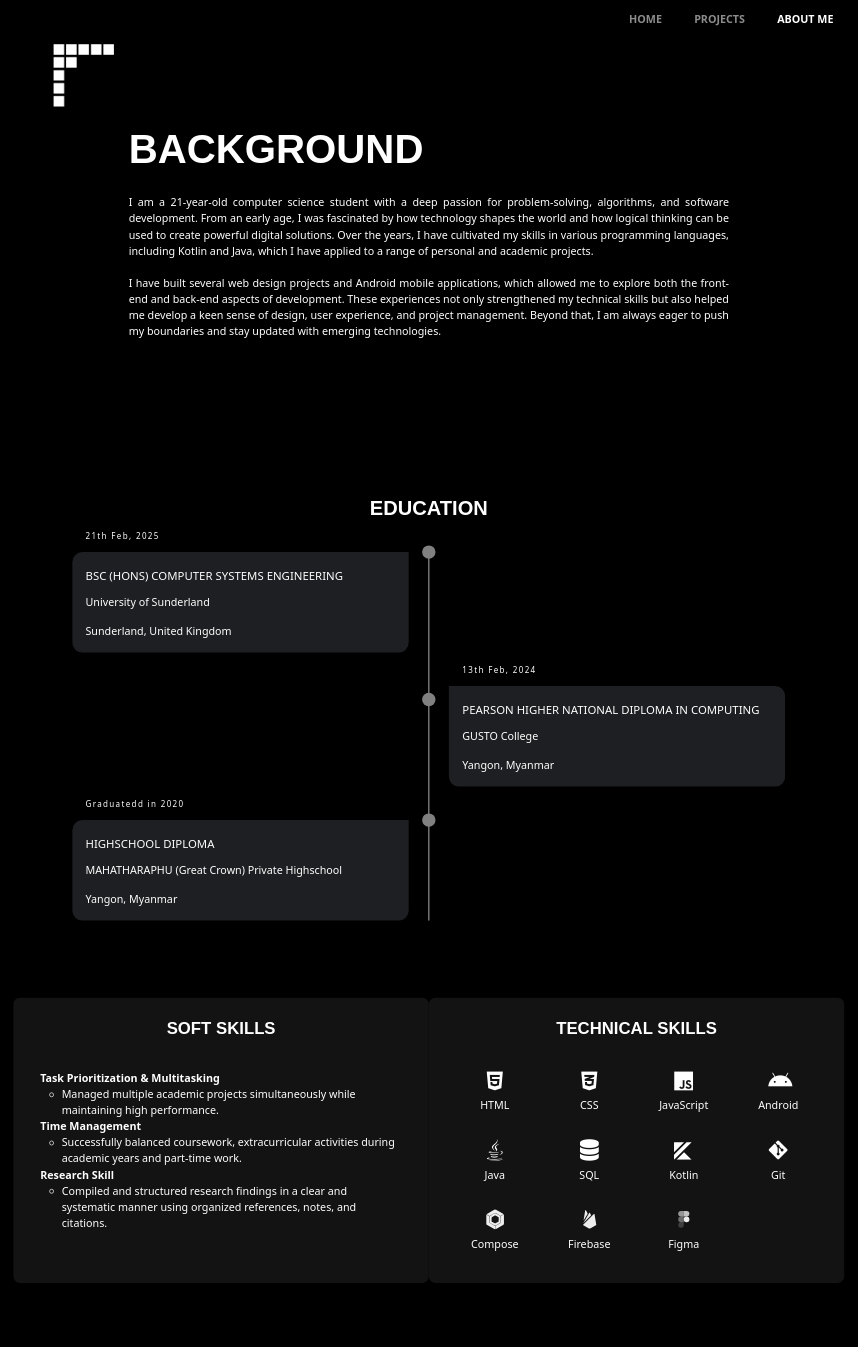
Repository: pyaestk/Portfolio-template
Page: aboutme.html
These files come from the project's save history. The page is drawn as it stood at one moment and after the next save; the edit follows.
The browser window is 1280 px wide. The pictures show the whole page, at 67% of full size.
Some web fonts or font styles are not loaded; a fallback is used. Some web libraries are served in a nearby version.

Above is the page before, as saved 2025-05-24 20:05:33.
Console error: TypeError: Cannot read properties of null (reading 'addEventListener')

### aboutme.html
<!DOCTYPE html>

<html lang="en">

<head>
  <link href="https://cdn.jsdelivr.net/npm/bootstrap@5.3.5/dist/css/bootstrap.min.css" rel="stylesheet"
    integrity="sha384-SgOJa3DmI69IUzQ2PVdRZhwQ+dy64/BUtbMJw1MZ8t5HZApcHrRKUc4W0kG879m7" crossorigin="anonymous">
  <script src="https://cdn.jsdelivr.net/npm/bootstrap@5.3.5/dist/js/bootstrap.bundle.min.js"
    integrity="sha384-k6d4wzSIapyDyv1kpU366/PK5hCdSbCRGRCMv+eplOQJWyd1fbcAu9OCUj5zNLiq"
    crossorigin="anonymous"></script>
  <link rel="stylesheet" href="https://cdnjs.cloudflare.com/ajax/libs/font-awesome/6.1.2/css/all.min.css">
  <link href="styles.css" rel="stylesheet">

  <!-- google fonts -->
  <link rel="preconnect" href="https://fonts.googleapis.com">
  <link rel="preconnect" href="https://fonts.gstatic.com" crossorigin>
  <link href="https://fonts.googleapis.com/css2?family=Doto:wght@100..900&display=swap" rel="stylesheet">
  <link href="https://fonts.googleapis.com/css2?family=Roboto:ital,wght@0,100..900;1,100..900&display=swap"
    rel="stylesheet">

  <meta charset="utf-8">
  <meta name="viewport" content="width=device-width, initial-scale=1, minimum-scale=1, maximum-scale=1 ">

  <title>My Webpage</title>
</head>

<body class="bg-black">

  <nav class="navbar navbar-expand-lg bg-black navbar-dark sticky-top">
    <div class="container-fluid">
      <a class="navbar-brand" href="#"></a>
      <button class="navbar-toggler" type="button" data-bs-toggle="collapse" data-bs-target="#navbarNav"
        aria-controls="navbarNav" aria-expanded="false" aria-label="Toggle navigation">
        <span class="navbar-toggler-icon"></span>
      </button>
      <div class="collapse navbar-collapse justify-content-end" id="navbarNav">
        <ul class="navbar-nav text-center">
          <li class="nav-item px-3">
            <a class="nav-link" aria-current="page" href="index.html">HOME</a>
          </li>
          <li class="nav-item px-3">
            <a class="nav-link" href="projects.html">PROJECTS</a>
          </li>
          <li class="nav-item px-3">
            <a class="nav-link active" href="aboutme.html">ABOUT ME</a>
          </li>
        </ul>
      </div>
    </div>
  </nav>

  <div class="background-container text-white">
    <img src="img/decoration-block2.png" class="decoration-image-1" style="--delay: .2s;">

    <h4 class="title text-center" style="--delay: .3s;">BACKGROUND</h4>
    <p style="--delay: .4s;">I am a 21-year-old computer science student with a deep passion for problem-solving,
      algorithms, and software development. From an early age, I was fascinated by how technology shapes the world and
      how logical thinking can be used to create powerful digital solutions. Over the years, I have cultivated my skills
      in various programming languages, including Kotlin and Java, which I have applied to a range of personal and
      academic projects.
      <br><br>
      I have built several web design projects and Android mobile applications, which allowed me to explore both the
      front-end and back-end aspects of development. These experiences not only strengthened my technical skills but
      also helped me develop a keen sense of design, user experience, and project management. Beyond that, I am always
      eager to push my boundaries and stay updated with emerging technologies.
    </p>
  </div>

  <div class="container-fluid py-5 bg-black">
    <div class="education-container">
      <h2 class="my-5">EDUCATION</h2>
      <div class="timeline">
        <ul class="ps-0">
          <li class="reveal3">
            <div class="timeline-content">
              <h3 class="date">21th Feb, 2025</h3>
              <h5>BSC (HONS) COMPUTER SYSTEMS ENGINEERING</h5>
              <p>University of Sunderland</p>
              <span>Sunderland, United Kingdom</span>
            </div>
          </li>
          <li class="reveal3">
            <div class="timeline-content">
              <h3 class="date">13th Feb, 2024</h3>
              <h5>PEARSON HIGHER NATIONAL DIPLOMA IN COMPUTING</h5>
              <p>GUSTO College</p>
              <span>Yangon, Myanmar</span>
            </div>
          </li>
          <li class="reveal3">
            <div class="timeline-content">
              <h3 class="date">Graduatedd in 2020</h3>
              <h5>HIGHSCHOOL DIPLOMA</h5>
              <p>MAHATHARAPHU (Great Crown) Private Highschool</p>
              <span>Yangon, Myanmar</span>
            </div>
          </li>
        </ul>
      </div>
    </div>
  </div>

  <div class="container-fluid text-white py-5 bg-black">
    <div class="row skills-container mx-2 g-3">

      <div class="col-12 col-md-6 mb-5 technical-skills">
        <h5 class="mb-5 text-center">SOFT SKILLS</h5>
        <ul class="list-unstyled">
          <li>
            <strong>Task Prioritization &amp; Multitasking</strong>
            <ul>
              <li>Managed multiple academic projects simultaneously while maintaining high performance.</li>
            </ul>
          </li>
          <li>
            <strong>Time Management</strong>
            <ul>
              <li>Successfully balanced coursework, extracurricular activities during academic years and part-time work.</li>
            </ul>
          </li>
          <li>
            <strong>Research Skill</strong>
            <ul>
              <li>Compiled and structured research findings in a clear and systematic manner using organized references, notes, and citations.</li>
            </ul>
          </li>
        </ul>

      </div>

      <div class="col-12 col-md-6 mb-5 technical-skills">
        <h5 class="mb-5 text-center">TECHNICAL SKILLS</h5>

        <div class="row g-4">
          <div class="col-4 col-md-3 text-center">
            <i class="fa-brands fa-html5 fa-2x tech-icon"></i>
            <p>HTML</p>
          </div>
          <div class="col-4 col-md-3 text-center">
            <i class="fa-brands fa-css3-alt fa-2x tech-icon"></i>
            <p>CSS</p>
          </div>
          <div class="col-4 col-md-3 text-center">
            <i class="fa-brands fa-js fa-2x tech-icon"></i>
            <p>JavaScript</p>
          </div>
          <div class="col-4 col-md-3 text-center">
            <i class="fa-brands fa-android fa-2x tech-icon"></i>
            <p>Android</p>
          </div>
          <div class="col-4 col-md-3 text-center">
            <i class="fa-brands fa-java fa-2x tech-icon"></i>
            <p>Java</p>
          </div>
          <div class="col-4 col-md-3 text-center">
            <i class="fa-solid fa-database fa-2x tech-icon"></i>
            <p>SQL</p>
          </div>
          <div class="col-4 col-md-3 text-center">
            <svg xmlns="http://www.w3.org/2000/svg" viewBox="0 0 8 8" class="tech-icon">
              <path fill="currentColor" d="m1 8l3-3l3 3M0 5V1h4M0 8V6l5-5h2" />
            </svg>
            <p>Kotlin</p>
          </div>
          <div class="col-4 col-md-3 text-center">
            <i class="fa-brands fa-git-alt fa-2x tech-icon"></i>
            <p>Git</p>
          </div>
          <div class="col-4 col-md-3 text-center">
            <svg xmlns="http://www.w3.org/2000/svg" viewBox="0 0 128 128" class="tech-icon">
              <path fill="#ededed"
                d="M63.353.759c-2.022-.048-3.83.515-5.604 1.486L14.737 27.521l-1.716 1.01l-.808.555c-1.067.628-2.21 2.15-2.97 3.175l4.168 2.324l2.82 1.55l9.592 5.4l2.454 1.36c1.237-1.491 1.306-1.596 2.472-2.566l26.833-15.884c1.554-.85 3.964-1.976 5.736-1.936c1.769.041 4.04.556 5.552 1.476l23.485 13.342l2.944 1.637a26.5 26.5 0 0 1 3.825 3.052l18.723-11.19l-1.666-1.624c-1.893-1.528-2.544-1.815-3.864-2.497L69.664 2.637C67.932 1.582 65.38.807 63.353.759m.276 23.845c-.95 0-3.036.411-3.86.884l-27.905 16.57c-.823.472-1.655 1.983-2.13 2.801s-.837 2.452-.839 3.303l-.055 33.254c-.002.946.421 2.006.896 2.824s1.268 1.581 2.091 2.054l28.68 16.194c1.07.493 2.69.787 3.64.787s2.174-.147 3.709-.777l27.42-16.173c.824-.474 2.1-1.772 2.575-2.59c.475-.819 1.498-2.895 1.493-3.841l-.146-32.52c-.001-.945-.832-2.85-1.307-3.667c-.475-.82-2.284-2.36-3.108-2.833L67.623 25.58c-.824-.473-3.043-.977-3.994-.977Zm55.2 7.65l-1.163.725l-17.474 10.441c.42 1 .891 3.278.946 4.363l.002.01l.008.312v31.3a10.09 10.09 0 0 1-4.963 8.786l-25.434 15.315c-.922.545-3.108 1.394-5.452 1.841l.002 1.516l-.037 7.825l-.006 3.775l.043 8.781c1.255-.01 3.339-.766 4.423-1.36l.317-.182l.009-.004l44.498-26.253a11.54 11.54 0 0 0 5.666-10.048V37.734c-.014-1.458-.72-4.093-1.385-5.48M8.47 33.817l-.415 1.949c-.352 2.928-.29 3.223-.202 4.705l-.012 49.185c-.02 2.027-.099 4.84.899 6.606c.993 1.762 2.916 2.799 4.657 3.827l45.2 25.602l.008.004l.318.179c1.399.644 2.986 1.145 4.592 1.241l.012-4.872l.004-3.748l-.006-11.404l-.006-1.81c-1.809-.118-3.218-.654-4.14-1.199l-27.041-15.14c-1.527-.9-3.437-1.913-4.308-3.455c-.87-1.543-1.252-3.886-1.235-5.658l.017-29.064l.008-2.096c.061-1.414.277-2.403.687-4.15zm55.323 4.77c.612 0 2.044.327 2.575.632l17.503 9.854c.531.304 1.698 1.3 2.004 1.826c.306.528.84 1.754.84 2.363l.096 20.959c.002.609-.655 1.948-.963 2.476c-.306.528-1.127 1.363-1.657 1.668L66.52 88.79c-.99.406-1.78.505-2.394.505c-.612 0-1.653-.192-2.342-.51L43.297 78.349a3.8 3.8 0 0 1-1.348-1.324c-.306-.528-.579-1.212-.578-1.82l.035-21.431c0-.548.235-1.602.54-2.13c.307-.528.844-1.5 1.374-1.804l17.985-10.68c.531-.305 1.877-.57 2.489-.57z" />
            </svg>
            <p>Compose</p>
          </div>
          <div class="col-4 col-md-3 text-center">
            <svg xmlns="http://www.w3.org/2000/svg" viewBox="0 0 24 24" class="tech-icon">
              <rect width="24" height="24" fill="none" />
              <path fill="#ededed"
                d="m20 18.69l-7.3 4.05q-.75.39-1.5 0L4 18.69L17.05 5.54l.35-.1c.3 0 .47.13.5.4zM9.35 5.74L4.8 13.29L6.7 1.34c.03-.27.2-.4.5-.4c.2 0 .33.06.4.25l2.15 3.95zM13.85 7L4.3 16.59l7.25-12.3c.1-.2.25-.29.45-.29s.33.09.4.29z" />
            </svg>
            <p>Firebase</p>
          </div>
          <div class="col-4 col-md-3 text-center">
            <svg xmlns="http://www.w3.org/2000/svg" viewBox="0 0 24 24" class="tech-icon">
              <rect width="24" height="24" fill="none" />
              <path fill="#ededed" d="M11.667 2H8.333a3.333 3.333 0 1 0 0 6.667h3.334z" opacity="0.6" />
              <path fill="#ededed" d="M11.667 8.667H8.333a3.333 3.333 0 0 0 0 6.666h3.334z" opacity="0.4" />
              <path fill="#ededed" d="M18.333 12a3.333 3.333 0 1 1-6.667 0a3.333 3.333 0 0 1 6.667 0" />
              <path fill="#ededed" d="M8.333 15.334h3.334v3.333a3.333 3.333 0 1 1-3.334-3.334" opacity="0.2" />
              <path fill="#ededed" d="M11.666 2h3.333a3.333 3.333 0 1 1 0 6.667h-3.333z" opacity="0.8" />
            </svg>
            <p>Figma</p>
          </div>
        </div>
      </div>


    </div>
  </div>

  <script src="script.js"></script>
</body>

</html>

### styles.css
* {
  margin: 0;
  padding: 0;
  box-sizing: border-box;
}
html {
  scroll-behavior: smooth;
}


/* index.html */

video {
  object-fit: cover;
  width: 100vw;
  height: 100vh;
  position: fixed;
  top: 0;
  left: 0;
  z-index: -1;
  filter: brightness(50%) grayscale(100%);
  transform: scaleX(-1);
  mask-image: linear-gradient(to right, black 0%, transparent 90%);
}
.navbar-nav a {
  font-weight: bolder;
}

.intro-container {
  display: flex;
  justify-content: center;
  align-items: start;
  flex-direction: column;
  flex-wrap: wrap;
  min-height: 90vh;
  padding: 50px 0;
}
.intro-text p {
  font-size: 20px;
  text-align: start;
  padding-right: 30%;
}

.my-name {
  font-family: "Doto", sans-serif;
  font-size: 60px;
  font-weight: bolder;
  max-lines: 3;
}

.social-links {
  display: flex;
  align-items: center;
  flex-direction: row;
  justify-content: start; /* or center if you want them centered */
  margin-top: 50px;
}
.social-links a {
  display: inline-flex; /* So the <a> fits nicely around icon */
  align-items: center;
  justify-content: center;
}
.social-links svg {
  width: 30px;
  height: 30px;

}
.social-links .linkedin {
  padding: 0 50px;
}
.intro-btns button{
  margin-top: 20px;
  width: 200px;
  height: 50px;
  margin-right: 20px;
  font-weight: bolder;
}






/* projects.html */

.projects-container {
  width: 100%;
  height: auto;
  display: flex;
  justify-content: space-evenly;
  align-items: center;
  flex-direction: row;
  flex-wrap: wrap;
  padding: 5% 5%;
}
.project-intro{
  width: 30%;
  height: auto;
  position: sticky;
  top: 150px; /* Adjust this value as needed */
  align-self: flex-start;
}
.projects-list-container {
  width: 70%;
  display: flex;
  justify-content: center;
  align-items: center;
  flex-direction: column;
}

.projects-list{
  display: grid;
  grid-template-columns: repeat(auto-fit, minmax(350px, 1fr));
  gap: 40px;
}
.project-intro h1 {
  font-size: 60px;
  color: white;
  font-family: "Doto", sans-serif;
  font-weight: bolder;
}

.projects-container .card {

  height: auto;
  background-color: rgba(29, 29, 29, 0.671);
  display: flex;
  justify-content: center;
  align-items: center;
  flex-direction: column;
  padding: 15px;
  color: white;
}
.projects-container .card-body{
  padding: 20px 10px 10px 10px;
}
.projects-container .card:hover {
  box-shadow: 0 0 15px rgb(255, 255, 255);
  transition: all 0.3s ease-in-out;
}




/* education.html */
/* .education-container {
  width: 100%;
  height: auto;
  display: flex;
  justify-content: space-evenly;
  align-items: center;
  flex-direction: column;
  flex-wrap: wrap;
  padding: 5% 5%;
  gap: 40px;
}

.education-container .card {
  width: 70%;
  height: auto;
  background-color: rgba(29, 29, 29, 0.671);
  padding: 20px 50px;
  color: white;
  box-shadow: 0 0 5px rgb(255, 255, 255);
}


.education-container .card:hover {
  box-shadow: 0 0 15px rgb(255, 255, 255);
  transition: all 0.3s ease-in-out;
}

.education-container .card h4 {
  font-size: 25px;
  color: white;
  font-family: "Doto", sans-serif;
  font-weight: bolder;
  margin-bottom: 20px;
} */



/* about me.html */
.background-container {
  position: relative; /* Needed for absolute child positioning */
  width: 100%;
  display: flex;
  justify-content: center;
  align-items: start;
  flex-direction: column;
  padding: 8% 15%;
}

.background-container .title {
  font-size: 60px;
  font-weight: bolder;
  font-family: "Doto", sans-serif;
  margin-top: 30px;
  margin-bottom: 30px;
}
.background-container p {
  text-align: justify;
}

.decoration-image-1 {
  position: absolute; /* Take it out of flow */
  top: 10px;
  left: 80px;
  width: 90px;
  height: auto;
  pointer-events: none; /* Prevents accidental clicks */
  user-select: none;
}


.skills-container h5 {
  font-size: 25px;
  font-weight: bolder;
  font-family: "Doto", sans-serif;

}
.skills-container {
  display: flex;
  justify-content: space-evenly;
}

.skills-container .general-skills, .technical-skills{
  background-color: rgba(29, 29, 29, 0.671);
  color: white;
  border-radius: 10px;
  padding: 30px 40px;
  text-align: start;
}

.skills-container .general-skills:hover, .technical-skills:hover{
  box-shadow: 0 0 15px rgb(255, 255, 255);
  transition: all 0.3s ease-in-out;
}

.tech-icon{
  width: 30px;
  height: 30px;
  margin-bottom: 10px;
}






.education-container {
  min-height: 100vh;
  width: 100%;
  display: flex;
  flex-direction: column;
  justify-content: center;
  align-items: center;
  justify-content: center;
  box-sizing: border-box;
}
.education-container h2 {
  font-weight: bolder;
  font-family: "Doto", sans-serif;
  color: white;
  font-size: 30px;
}
.timeline {
  width: 80%;
  height: auto;
  margin: 0 auto;
  position: relative;
}
.timeline h5{
  font-size: 17px;
  margin-bottom: 10px;
  line-height: 30px;
}

.timeline ul {
  list-style: none;
}
.timeline ul li {
  padding: 20px;
  background-color: #1e1f22;
  color: white;
  border-radius: 10px;

  margin-bottom: 20px;
}
.timeline ul li:last-child {
  margin-bottom: 0;
}
.timeline-content h1 {
  font-weight: 500;
  font-size: 25px;
  line-height: 30px;
  margin-bottom: 10px;
}
.timeline-content p {
  font-size: 16px;
  line-height: 30px;
  font-weight: 300;
}
.timeline-content .date {
  font-size: 12px;
  font-weight: 300;
  margin-bottom: 10px;
  letter-spacing: 2px;
}
@media only screen and (min-width: 768px) {
  .timeline:before {
    content: "";
    position: absolute;
    top: 0;
    left: 50%;
    transform: translateX(-50%);
    width: 2px;
    height: 100%;
    background-color: gray;
  }
  .timeline ul li {
    width: 50%;
    position: relative;
    margin-bottom: 50px;
  }
  .timeline ul li:nth-child(odd) {
    float: left;
    clear: right;
    transform: translateX(-30px);
    border-radius: 15px 0px 15px 15px;
  }
  .timeline ul li:nth-child(even) {
    float: right;
    clear: left;
    transform: translateX(30px);
    border-radius: 0px 15px 15px 15px;
  }
  .timeline ul li::before {
    content: "";
    position: absolute;
    height: 20px;
    width: 20px;
    border-radius: 50%;
    background-color: gray;
    top: 0px;
  }
  .timeline ul li:nth-child(odd)::before {
    transform: translate(50%, -50%);
    right: -30px;
  }
  .timeline ul li:nth-child(even)::before {
    transform: translate(-50%, 50%);
    left: -30px;
  }
  .timeline-content .date {
    position: absolute;
    top: -30px;
  }
  .timeline ul li:hover::before {
    background-color: rgb(255, 255, 255);
  }
}








/* on load animation */
.intro-body h1,
.intro-body p,
.intro-body .intro-btns,
.projects-container .card,
.project-intro h1, .project-intro p,
.background-container .title,
.background-container p,
.background-container image{
  display: block;
  opacity: 0;
  animation: reveal 0.5s forwards var(--delay);
}
@keyframes reveal {
  /* from { translate: - 20px; }
  to { translate: none; opacity: 1;} */
  from {
    transform: translateY(10px);
  }
  to {
    transform: translateY(0);
    opacity: 1;
  }
}

/* on scroll animation */

.reveal1 {
  position: relative;
  transform: translateX(70px);
  opacity: 0;
  transition: 1.1s all ease;
}
.reveal1.active {
  transform: translateX(0);
  opacity: 1;
}

.reveal2 {
  position: relative;
  transform: translateX(-70px);
  opacity: 0;
  transition: 1.1s all ease;
}
.reveal2.active2 {
  transform: translateX(0);
  opacity: 1;
}

.reveal3 {
  position: relative;
  transform: translateY(50px);
  opacity: 0;
  transition: 1.1s all ease;
}
.reveal3.active3 {
  transform: translateX(0);
  opacity: 1;
}




/* for small screen size */

@media (max-width: 1170px) {

  /* index.html */
  .intro-body {
    margin-top: 50px;
    margin-bottom: 50px;
    text-align: center;
  }
  .my-name {
    font-size: 35px;
  }
  .intro-text p {
    text-align: center;
    font-size: 13px;
    padding-right: 0;
  }

  /* projects.html */
  .projects-container {
    width: 100%;
    height: auto;
    display: flex;
    justify-content: space-evenly;
    align-items: center;
    flex-direction: row;
    flex-wrap: wrap;
    padding: 0px;
    gap: 40px;
  }
  .project-intro{
    width: auto;
    position: static;
    margin-top: 30px;
  }
  .projects-list{
    display: grid;
    grid-template-columns: repeat(auto-fit, minmax(280px, 1fr));
    gap: 30px;
  }
  .project-intro h1 {
    font-size: 35px;
    margin-top: 30px;
  }
  .project-intro p {
    font-size: 13px;
  }
  .intro-btns button{
    margin-left: 20px;
  }

  .projects-list-container {
    width: 80%;
  }
  .projects-list-container .card{
    margin-bottom: 20px;
  }
  .projects-list-container .card-text{
    font-size: 13px;
  }


  /* about me.html */
  .background-container {
    align-items: center;
  }
  .background-container .title {
    font-size: 40px;
    margin-top: 55px;
  }
  .background-container p {
    font-size: 15px;
    padding-right: 0;
    text-align: justify;
  }
  .decoration-image-1 {
    position: absolute; /* Take it out of flow */
    top: 20px;
    left: 40px;
    width: 50px;
  }

  .skills-container {
    padding: 15px 15px;
  }
  .skills-container h5 {
    font-size: 23px;
  }
  .skills-container h6 {
    font-size: 18px;
  }
  .skills-container p {
    font-size: 13px;
  }

}

### script.js
/* on scroll animation */
function reveal() {
  var reveals3 = document.querySelectorAll(".reveal3");
  for (var i = 0; i < reveals3.length; i++) {
    var windowHeight = window.innerHeight;
    var elementTop = reveals3[i].getBoundingClientRect().top;
    var elementVisible = 50;
    if (elementTop < windowHeight - elementVisible) {
      reveals3[i].classList.add("active3");
    } else {
      reveals3[i].classList.remove("active3");
    }
  }
}
// Also run reveal() on scroll
window.addEventListener("scroll", reveal);

//download CV
document.getElementById("downloadBtn").addEventListener("click", function () {
  const fileUrl = "my cv.pdf"; // PDF file in the same folder

  const a = document.createElement("a");
  a.href = fileUrl;
  a.download = "CV.pdf"; // The filename when downloaded

  document.body.appendChild(a);
  a.click();
  document.body.removeChild(a);
});

After the next save:
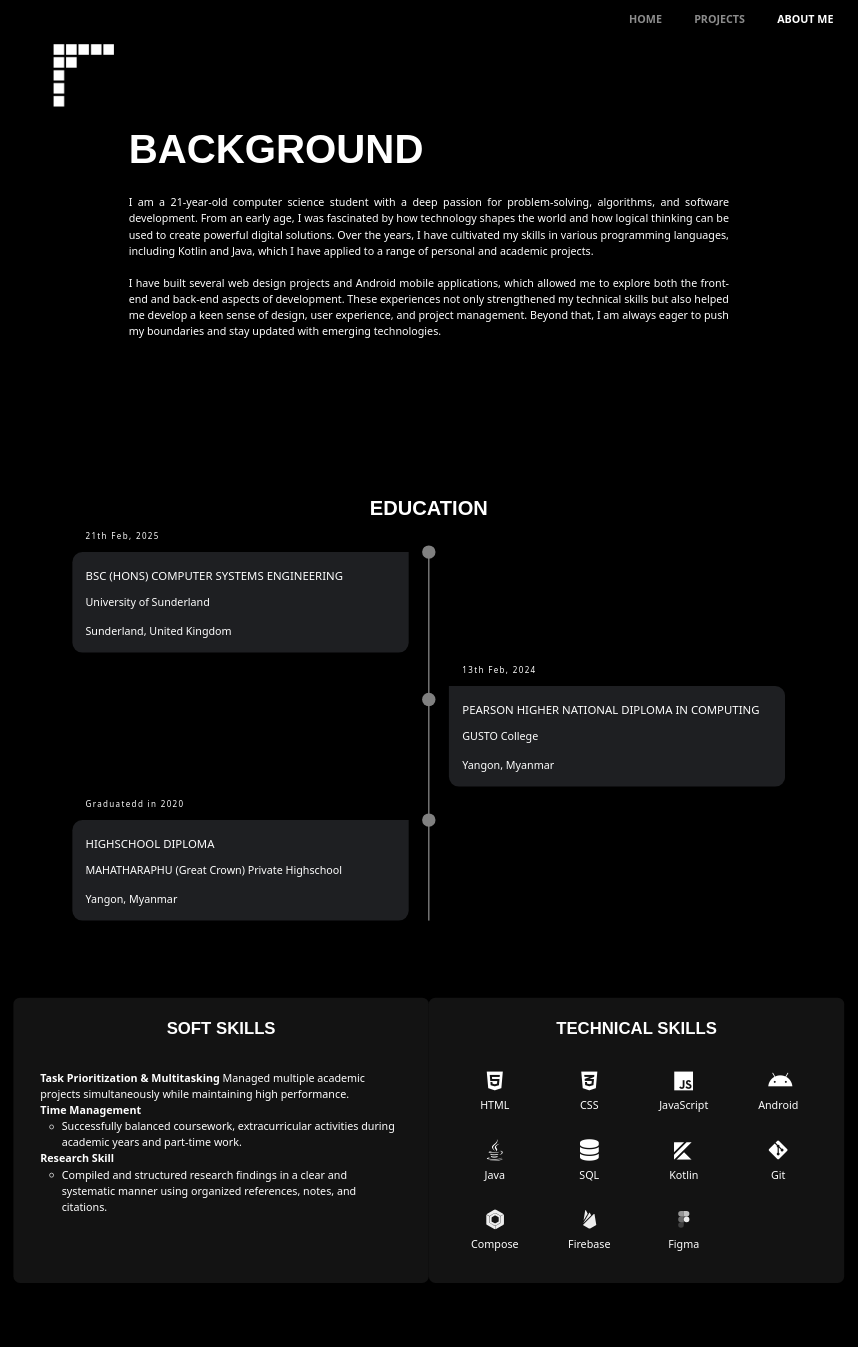
Saved 14 s later.
--- a/aboutme.html
+++ b/aboutme.html
@@ -108,9 +108,7 @@
         <ul class="list-unstyled">
           <li>
             <strong>Task Prioritization &amp; Multitasking</strong>
-            <ul>
-              <li>Managed multiple academic projects simultaneously while maintaining high performance.</li>
-            </ul>
+            Managed multiple academic projects simultaneously while maintaining high performance.</li>
           </li>
           <li>
             <strong>Time Management</strong>
